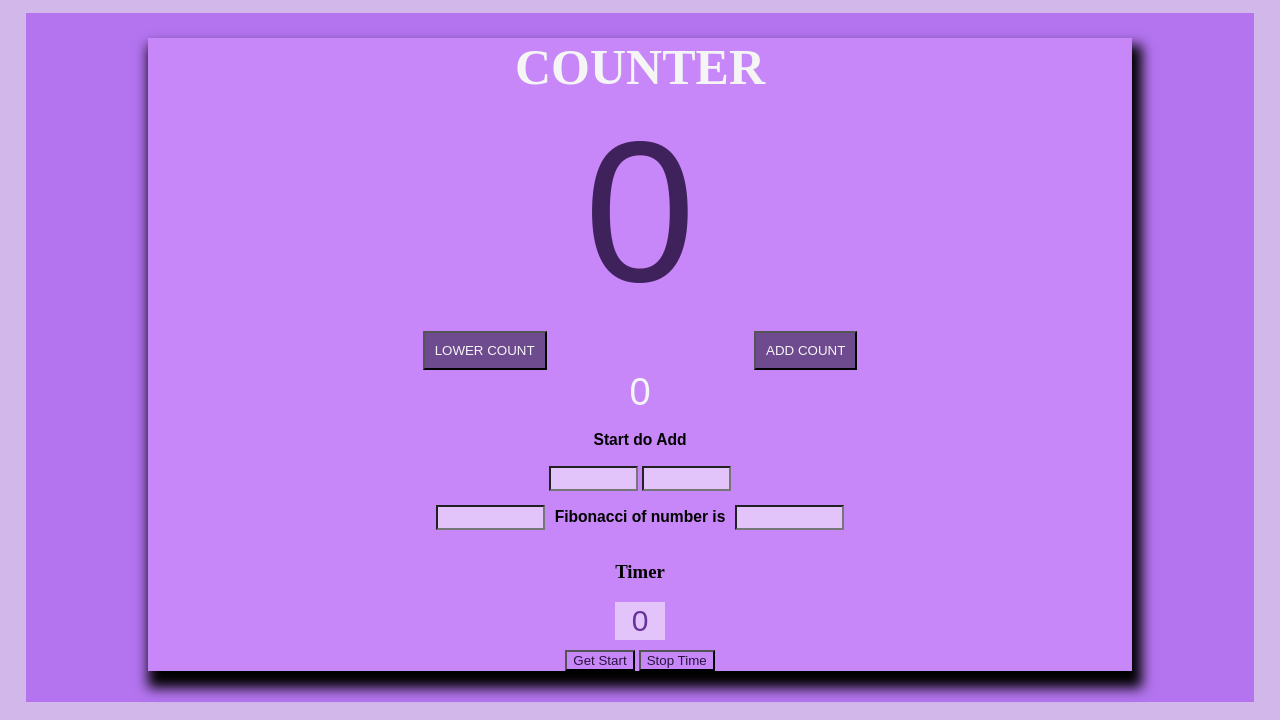
Repository: AnahitKhechumyan/Counter
Page: index.html
These files come from the project's save history. The page is drawn as it stood at one moment and after the next save; the edit follows.
The browser window is 1280 px wide. The pictures show the whole page.

Above is the page before, as saved 2022-02-16 00:04:37.

### index.html
<!DOCTYPE html>
<html lang="en">
<head>
    <meta charset="UTF-8">
    <meta http-equiv="X-UA-Compatible" content="IE=edge">
    <meta name="viewport" content="width=device-width, initial-scale=1.0">
    <link rel="stylesheet" href="style.css">
    <title>Counter</title>
</head>
<body>
    <div class="container">
       <div class="main">
            <div class="header">COUNTER</div>
            <button class= "counter">0</button>
            <div class = "change">
                 <button class ="decrement" type="button">LOWER COUNT</button>
                 <button class ="increment" type="button">ADD COUNT</button>
            </div>
            <button class= "sum">0</button> <br>
            <button class= "add" type="button"><h3>Start do Add</h3></button>
            <div >
                <input class ="firstInput" type="text" />
                <input class ="secondInput" type = "text"/>
           </div>
           <input class= "inputNumber" type="text"/>
           <button class= "fibonacci" type="button"><h3>Fibonacci of number is</h3></button>
           <input class= "inputFibonacci" type="text"/>
           <h3>Timer</h3>
           <button class= "timer">0</button>
            <div>
                <button class ="getTime">Get Start</button>
                <button class ="stopTime">Stop Time</button>
           </div>
        </div>
    </div>
    <script src= "script.js"></script>
</body>
</html>

### style.css
body{
    margin: 0;
    background-color: rgb(210, 183, 235);
}
.container{
    background-color: rgb(180, 116, 240);
    width: 96%;
    height: 94vh;
    margin-right:2%;
    margin-left:2%;
    margin-top:1%;
    padding-top: 1%;

}
.main{
    background-color: rgb(199, 135, 248);
    width: 80%;
    height: 88vh;
    margin: 1% 10%;
    box-shadow: 5px 12px 12px 5px;
    text-align: center;
}
.header{
    text-align: center;
    color:whitesmoke;
    font-size: 50px;
    font-weight: 700;
}

.counter{
    border:none;
    font-size:200px;
    color:rgb(63, 33, 92);
    background-color:rgb(199, 135, 248) ;

}
 .change{
     background-color:  rgb(199, 135, 248);
     font-size: 30px;
 }
.decrement{
    padding:10px;
    margin-right: 100px;
   background-color: rgb(110, 74, 143);
   color:whitesmoke;
}
.decrement:hover{
    background-color:whitesmoke;
    color:rgb(110, 74, 143);
    cursor:pointer;
}
.increment{
    padding:10px;
    margin-left: 100px;
    background-color: rgb(110, 74, 143);
    color:whitesmoke;
}
.increment:hover{
    background-color:whitesmoke;
    color:rgb(110, 74, 143);
    cursor:pointer;
}
.sum{
    border:none;
    background-color: rgb(199, 135, 248);
    color:whitesmoke;
    font-size: 38px;
}
.firstInput, .secondInput{
    width: 8%;
    padding:3px;
}
.fibonacci{
    background-color: rgb(199, 135, 248);
    border:none;
}
.inputNumber, .inputFibonacci{
    width: 10%;
    padding:3px;
}
input{
    background-color: rgb(227, 196, 250);
}
.timer{
    padding:2px 3px;
    font-size: 30px;
   width: 5%;
   border:none;
   color:rebeccapurple;
   background-color:rgb(227, 196, 250);
}

.getTime, .stopTime{
    margin-top:1%;
    background-color:rgb(199, 135, 248);
    color:rgb(41, 20, 61);
    cursor:pointer;
}
.getTime:hover, .stopTime:hover{
    background-color: whitesmoke;
    font-weight: 200;
}
h3{
    cursor:pointer;
}
.add{
    border:none;
    background-color: rgb(199, 135, 248);
}

### script.js
let counterElem = document.querySelector('.counter');
let addCount = document.querySelector('.increment');
let lowerCount =document.querySelector('.decrement');
let getTimer = document.querySelector('.getTime');
let stopTimer = document.querySelector('.stopTime');
let goTimer = document.querySelector('.timer');
let startAdd = document.querySelector('.add');
let addSum = document.querySelector('.sum');
let firstNum = document.querySelector('.firstInput');
let secondNum = document.querySelector('.secondInput');


    let count = 0;
    updateDisplay();

 addCount.addEventListener("click",()=>{
    count++;
    updateDisplay();
});
lowerCount.addEventListener("click",()=>{
    count--;
    updateDisplay();
});

function updateDisplay(){
    counterElem.innerHTML = count;
};


startAdd.addEventListener("click",()=>{
    let x = firstNum.value;
    let y = secondNum.value;
   addSum.innerHTML = add(x)(y);
   firstNum.value= " ";
   secondNum.value = " ";

});

 let sum = 0;
function add(x){
    return  function(y){
     return Number(x) + Number(y);
    }
};


    countTime=0;
 function getTime(){
    countTime++;
    goTimer.innerHTML = countTime;
 }
   let timer = 0;
  getTimer.addEventListener("click",()=>{
    timer = setInterval(getTime,1000);
});

stopTimer.addEventListener("click",()=>{
    clearInterval(timer);
    countTime = 0;
    goTimer.innerHTML = 0;
});

After the next save:
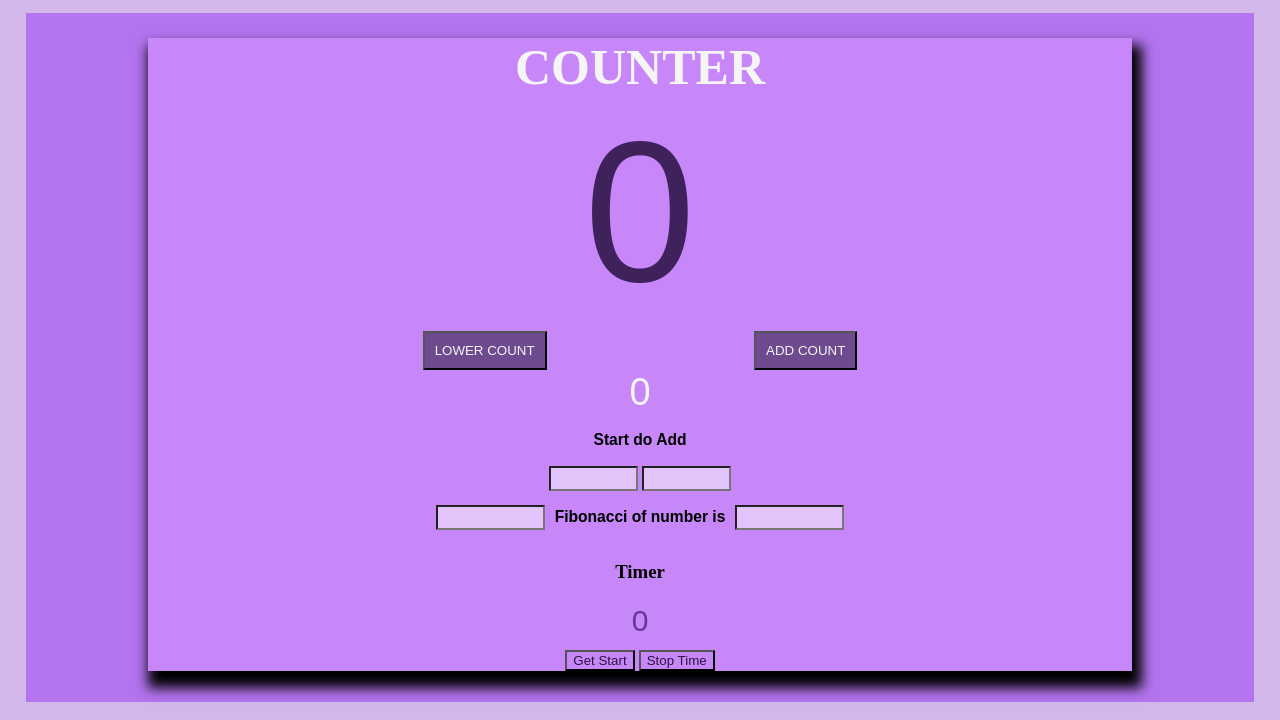
Saved 78 s later.
--- a/style.css
+++ b/style.css
@@ -87,7 +87,7 @@ input{
    width: 5%;
    border:none;
    color:rebeccapurple;
-   background-color:rgb(227, 196, 250);
+   background-color:rgb(199, 135, 248);;
 }
 
 .getTime, .stopTime{
